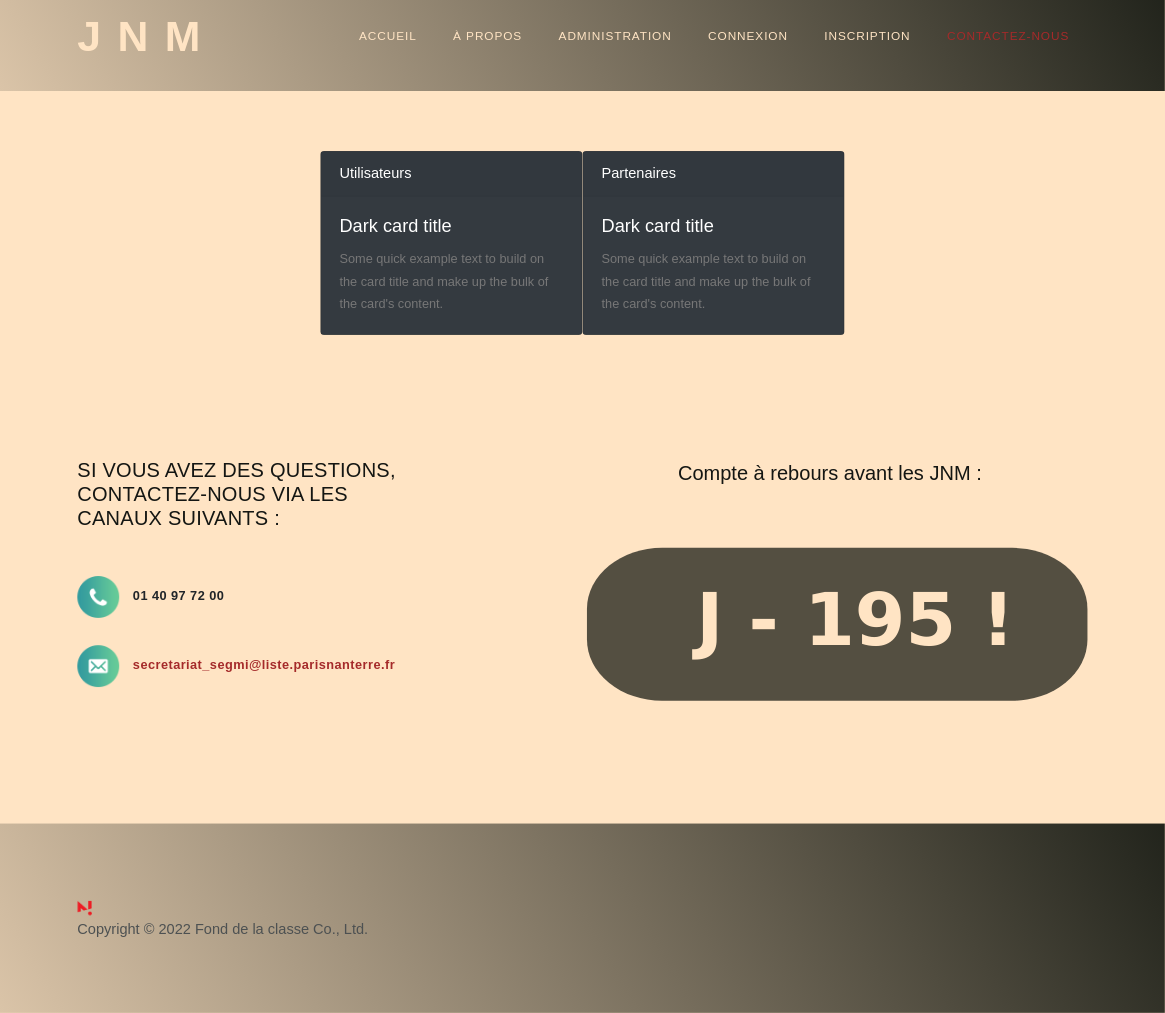
Repository: RiadNadri/ProjetWeb2022
Page: templates/Admin/admin.html.twig
An editor plug-in stored every save of this project. The page is shown before and after the next save, followed by the edit.
The browser window is 1280 px wide. The pictures show the whole page, at 91% of full size.
Some web fonts or font styles are not loaded; a fallback is used. The page is a Twig template of a Symfony application; nobody is signed in and links lead nowhere. The template is opened directly, without the code that normally fills it, so the values that code supplies are empty.

Above is the page before, as saved 2022-12-24 17:28:27.

After the next save:
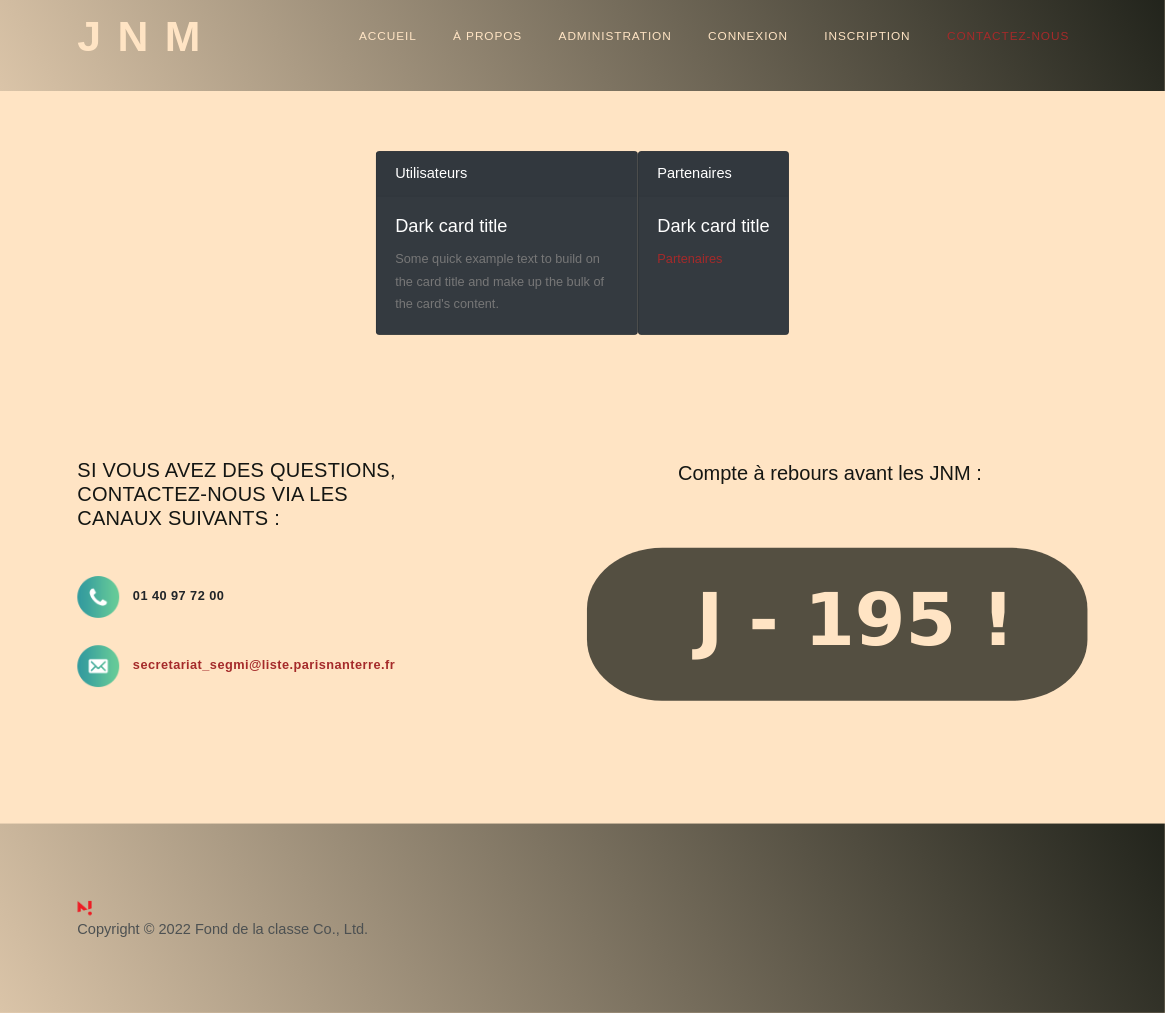
Saved 18 s later.
--- a/templates/Admin/admin.html.twig
+++ b/templates/Admin/admin.html.twig
@@ -39,7 +39,7 @@
     <div class="card-header">Partenaires</div>
     <div class="card-body">
         <h5 class="card-title">Dark card title</h5>
-        <p class="card-text">Some quick example text to build on the card title and make up the bulk of the card's content.</p>
+        <p class="card-text"><a  href="{{path('app_partenaire')}}">Partenaires</a></p>
     </div>
     </div>
 </div>
